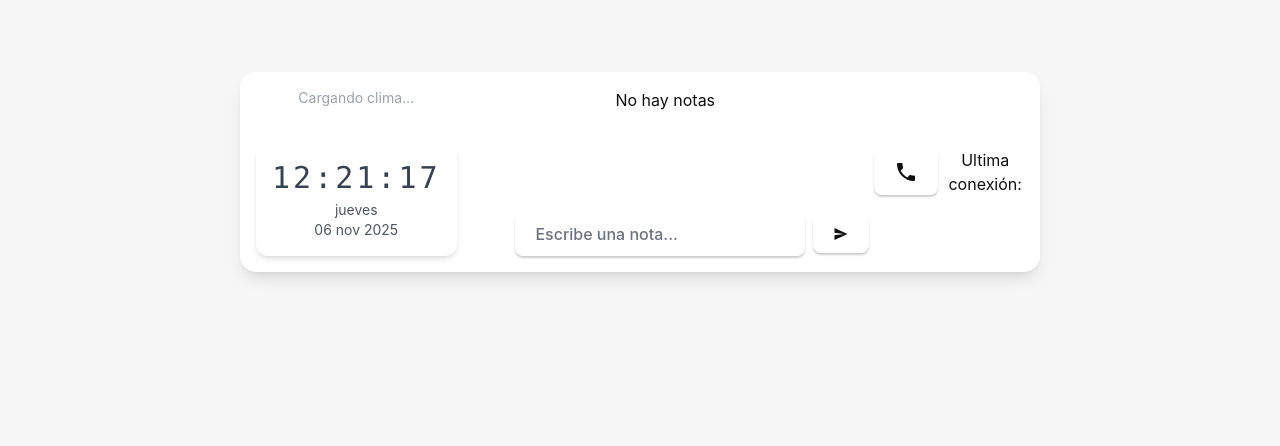
Repository: CodeByEvans/my-romantic-widget
Page: /
These files come from the project's save history. The page is drawn as it stood at one moment and after the next save; the edit follows.
The browser window is 1280 px wide. The pictures show the whole page.
The page's requests for data from a server got no answer. The project was rebuilt for these pictures with package versions that can differ from the ones it lists, and the page was loaded fresh each time. No one was signed in, and anything a server would have sent is missing. Also part of the build but not shown: vite.config.ts.

Above is the page before, as saved 2025-11-06 12:42:21.

### src/App.tsx
import "./App.css";
import CallButton from "./components/CallButton";
import { Clock } from "./components/Clock";
import { NoteInput } from "./components/NoteInput";
import { NotesList } from "./components/NotesList";
import { WeatherWidget } from "./components/WeatherWidget";

function App() {
  return (
    <main className="container mx-auto p-4">
      <section className="flex flex-row items-center justify-between gap-4 w-[800px] h-[200px] mx-auto bg-white bg-opacity-20 backdrop-blur-md rounded-2xl shadow-lg p-4">
        <div className="flex flex-col justify-between h-full">
          <WeatherWidget />
          <Clock />
        </div>

        <div className="flex flex-col justify-between h-full w-[300px]">
          <NotesList />
          <NoteInput />
        </div>

        <div className="flex flex-col justify-center items-center h-full w-[150px]">
          <CallButton />
        </div>
      </section>
    </main>
  );
}

export default App;

### src/App.css
@import "tailwindcss";

.logo.vite:hover {
  filter: drop-shadow(0 0 2em #747bff);
}

.logo.react:hover {
  filter: drop-shadow(0 0 2em #61dafb);
}
:root {
  font-family: Inter, Avenir, Helvetica, Arial, sans-serif;
  font-size: 16px;
  line-height: 24px;
  font-weight: 400;

  color: #0f0f0f;
  background-color: #f6f6f6;

  font-synthesis: none;
  text-rendering: optimizeLegibility;
  -webkit-font-smoothing: antialiased;
  -moz-osx-font-smoothing: grayscale;
  -webkit-text-size-adjust: 100%;
}

.container {
  margin: 0;
  padding-top: 10vh;
  display: flex;
  flex-direction: column;
  justify-content: center;
  text-align: center;
}

.logo {
  height: 6em;
  padding: 1.5em;
  will-change: filter;
  transition: 0.75s;
}

.logo.tauri:hover {
  filter: drop-shadow(0 0 2em #24c8db);
}

.row {
  display: flex;
  justify-content: center;
}

a {
  font-weight: 500;
  color: #646cff;
  text-decoration: inherit;
}

a:hover {
  color: #535bf2;
}

h1 {
  text-align: center;
}

input,
button {
  border-radius: 8px;
  border: 1px solid transparent;
  padding: 0.6em 1.2em;
  font-size: 1em;
  font-weight: 500;
  font-family: inherit;
  color: #0f0f0f;
  background-color: #ffffff;
  transition: border-color 0.25s;
  box-shadow: 0 2px 2px rgba(0, 0, 0, 0.2);
}

button {
  cursor: pointer;
}

button:hover {
  border-color: #396cd8;
}
button:active {
  border-color: #396cd8;
  background-color: #e8e8e8;
}

input,
button {
  outline: none;
}

#greet-input {
  margin-right: 5px;
}

@media (prefers-color-scheme: dark) {
  :root {
    color: #f6f6f6;
    background-color: #2f2f2f;
  }

  a:hover {
    color: #24c8db;
  }

  input,
  button {
    color: #ffffff;
    background-color: #0f0f0f98;
  }
  button:active {
    background-color: #0f0f0f69;
  }
}

### src/components/CallButton.tsx
import { IoMdCall } from "react-icons/io";

export const CallButton = () => {
  return (
    <div className="flex flex-raw items-center gap-2">
      <button className="p-2 bg-blue-500 rounded-full text-white hover:bg-blue-600">
        <IoMdCall size={24} />
      </button>
      <p>Ultima conexión: </p>
    </div>
  );
};

export default CallButton;

### src/components/Clock.tsx
import { useEffect, useState } from "react";

export const Clock = () => {
  const [time, setTime] = useState(new Date());

  useEffect(() => {
    const interval = setInterval(() => {
      setTime(new Date());
    }, 1000);

    return () => clearInterval(interval);
  }, []);

  const hours = time.getHours().toString().padStart(2, "0");
  const minutes = time.getMinutes().toString().padStart(2, "0");
  const seconds = time.getSeconds().toString().padStart(2, "0");

  const day = time.toLocaleDateString("es-ES", { weekday: "long" });
  const date = time.toLocaleDateString("es-ES", {
    day: "2-digit",
    month: "short",
    year: "numeric",
  });

  return (
    <div className="bg-white backdrop-blur-md rounded-xl shadow-md p-4 flex flex-col items-center justify-center min-w-[140px]">
      <p className="text-3xl font-mono tracking-widest text-gray-700">
        {hours}:{minutes}:{seconds}
      </p>
      <p className="text-sm text-gray-600 mt-1">{day}</p>
      <p className="text-sm text-gray-600">{date}</p>
    </div>
  );
};

### src/components/NoteInput.tsx
import { IoMdSend } from "react-icons/io";

export const NoteInput = () => {
  return (
    <form className="flex items-center gap-2 mt-2">
      <input
        type="text"
        placeholder="Escribe una nota..."
        className="flex-1 text-sm px-2 py-1 rounded-lg bg-white/20 text-gray-800 placeholder-gray-500 focus:outline-none"
      />
      <button
        type="submit"
        className="p-2 bg-blue-500 rounded-full text-white hover:bg-blue-600"
      >
        <IoMdSend size={16} />
      </button>
    </form>
  );
};

### src/components/NotesList.tsx
import { useRealTimeNotes } from "../hooks/useRealTimeNotes";

export const NotesList = () => {
  const notes = useRealTimeNotes();

  const sortedNotes = [...notes].sort(
    (a, b) =>
      new Date(b.created_at).getTime() - new Date(a.created_at).getTime()
  );

  const noteToShow = sortedNotes[0];

  if (!noteToShow) return <div>No hay notas</div>;

  return (
    <div className="flex flex-col gap-4  overflow-y-auto w-max min-w-[200px] max-w-md p-4 bg-white bg-opacity-30 backdrop-blur-md rounded-xl">
      <div>
        <div className="flex justify-between items-center mb-1">
          <h3 className="font-bold text-lg text-left text-gray-500">
            {noteToShow.from}
          </h3>
          <small className="text-xs text-right text-gray-400">
            {new Date(noteToShow.created_at).toLocaleString()}
          </small>
        </div>
        <p className="text-left text-gray-500">{noteToShow.message}</p>
      </div>
    </div>
  );
};

### src/components/WeatherWidget.tsx
import { useWeather } from "../hooks/useWeather";

export const WeatherWidget = () => {
  const { data, loading, errorWeather } = useWeather();

  if (errorWeather)
    return <div className="text-sm text-red-400">{errorWeather}</div>;
  if (loading || !data)
    return <div className="text-sm text-gray-400">Cargando clima...</div>;

  const [city, info] = Object.entries(data)[0] || [];
  const temp = Math.round(info.main.temp);

  return (
    <div className="flex flex-col items-center justify-center bg-blue-100 bg-opacity-40 backdrop-blur-md rounded-xl p-3 shadow-sm">
      <h2 className="text-sm font-semibold text-gray-700">{city}</h2>
      <p className="text-3xl font-bold text-gray-800">{temp}°C</p>
    </div>
  );
};

export default WeatherWidget;

### src/hooks/useRealTimeNotes.ts
import { useEffect, useState } from "react";
import z from "zod";
import { supabase } from "../services/supabaseClient";

const noteSchema = z.object({
  id: z.number(),
  from: z.string(),
  message: z.string(),
  created_at: z.string(),
});

type Note = z.infer<typeof noteSchema>;

export const useRealTimeNotes = () => {
  const [notes, setNotes] = useState<Note[]>([]);

  useEffect(() => {
    // Cargar notas iniciales
    supabase
      .from<"notes", Note>("notes")
      .select("*")
      .then(({ data, error }) => {
        if (data) {
          setNotes(data);
          console.log("Notas cargadas:", data);
        } else {
          console.error("Error fetching notes:", error);
        }
      });

    // Suscripción en tiempo real
    const channel = supabase
      .channel("public:notes")
      .on(
        "postgres_changes",
        { event: "*", schema: "public", table: "notes" },
        (payload) => {
          console.log("Cambio dettectado:", payload);

          if (payload.eventType === "INSERT") {
            const newNote = noteSchema.parse(payload.new);
            setNotes((prevNotes) => [...prevNotes, newNote]);
            console.log("Nota añadida:", newNote);
          } else if (payload.eventType === "UPDATE") {
            setNotes((prev) =>
              prev.map((note) =>
                note.id === payload.new.id
                  ? noteSchema.parse(payload.new)
                  : note
              )
            );
          } else if (payload.eventType === "DELETE") {
            setNotes((prev) =>
              prev.filter((note) => note.id !== payload.old.id)
            );
          }
        }
      )
      .subscribe();

    return () => {
      supabase.removeChannel(channel);
    };
  }, []);

  return notes;
};

### src/hooks/useWeather.ts
import { useEffect, useState } from "react";
import {
  getCityByCoordinates,
  getWeatherByCity,
} from "../services/weatherService";
import { WeatherData } from "../types/weather";
import { useGeolocation } from "./useGeolocation";

export const useWeather = () => {
  const { coords, error } = useGeolocation();
  const [data, setData] = useState<Record<string, WeatherData> | null>(null);
  const [loading, setLoading] = useState<boolean>(false);
  const [errorWeather, setErrorWeather] = useState<string | null>(null);

  useEffect(() => {
    if (error) setErrorWeather(error);
  }, [error]);

  useEffect(() => {
    if (!coords) return;

    const fetchWeather = async () => {
      setLoading(true);
      try {
        const city = await getCityByCoordinates(
          coords.latitude,
          coords.longitude
        );
        const weather = await getWeatherByCity(city[0].name);
        setData({ [city[0].name]: weather });
      } catch (error) {
        console.error(error);
      } finally {
        setLoading(false);
      }
    };

    fetchWeather();
  }, [coords]);

  return { data, loading, errorWeather };
};

### src/services/supabaseClient.ts
import { createClient } from "@supabase/supabase-js";
import { envs } from "../config/envs";

export const supabase = createClient(envs.supabaseUrl, envs.supabaseAnonKey, {
  realtime: {
    params: {
      eventsPerSecond: 10,
    },
  },
});

### src/services/weatherService.ts
import { envs } from "../config/envs";

export const getWeatherByCity = async (city: string) => {
  const response = await fetch(
    `https://api.openweathermap.org/data/2.5/weather?q=${city}&appid=${envs.openWeatherApiKey}&units=metric`
  );

  if (!response.ok) {
    throw new Error("No se pudo obtener el clima");
  }
  return response.json();
};

export const getCityByCoordinates = async (lat: number, lon: number) => {
  const response = await fetch(
    `https://api.openweathermap.org/geo/1.0/reverse?lat=${lat}&lon=${lon}&limit=1&appid=${envs.openWeatherApiKey}`
  );

  if (!response.ok) {
    throw new Error("No se pudo obtener la ciudad");
  }

  return response.json();
};

### src/hooks/useGeolocation.ts
import { useEffect, useState } from "react";

export const useGeolocation = () => {
  const [coords, setCoords] = useState<{
    latitude: number;
    longitude: number;
  } | null>(null);
  const [error, setError] = useState<string | null>(null);

  useEffect(() => {
    if (!navigator.geolocation) {
      setError("Geolocalización no soportada por el navegador");
      return;
    }

    navigator.geolocation.getCurrentPosition(
      (position) => {
        setCoords({
          latitude: position.coords.latitude,
          longitude: position.coords.longitude,
        });
      },
      (err) => {
        setError(`Error obteniendo la geolocalización: ${err.message}`);
      }
    );
  }, []);

  return { coords, error };
};

### src/config/envs.ts
import * as z from "zod";

const envSchema = z.object({
  VITE_SUPABASE_URL: z.string().url(),
  VITE_SUPABASE_ANON_KEY: z.string().min(1),
  VITE_OPEN_WEATHER_API_KEY: z.string().min(1),
});

const parsed = envSchema.parse(import.meta.env);

export const envs = {
  supabaseUrl: parsed.VITE_SUPABASE_URL,
  supabaseAnonKey: parsed.VITE_SUPABASE_ANON_KEY,
  openWeatherApiKey: parsed.VITE_OPEN_WEATHER_API_KEY,
};

Loaded but not shown: index.html (common file); src/main.tsx (common file)

After the next save:
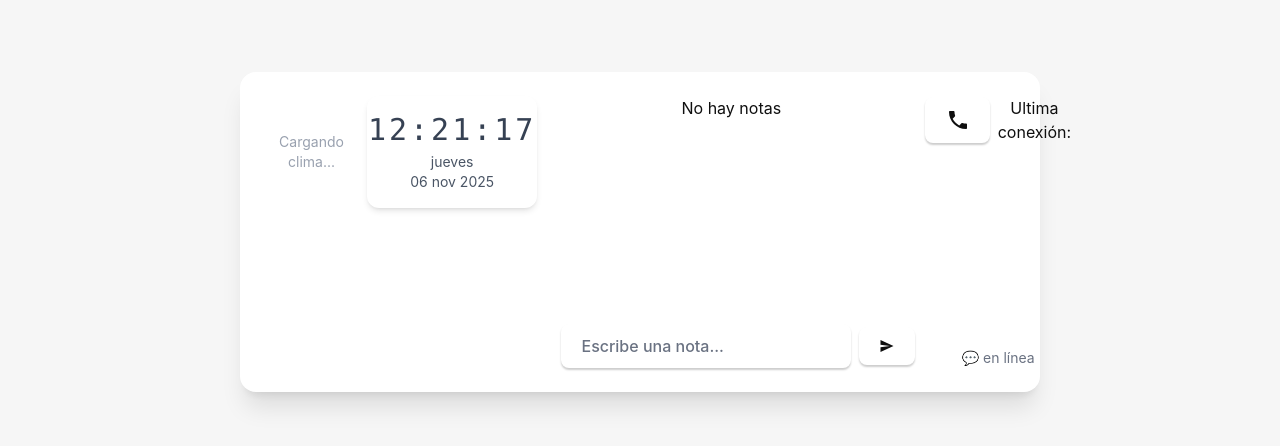
Saved 27 s later.
--- a/src/App.tsx
+++ b/src/App.tsx
@@ -8,19 +8,22 @@
 function App() {
   return (
     <main className="container mx-auto p-4">
-      <section className="flex flex-row items-center justify-between gap-4 w-[800px] h-[200px] mx-auto bg-white bg-opacity-20 backdrop-blur-md rounded-2xl shadow-lg p-4">
-        <div className="flex flex-col justify-between h-full">
-          <WeatherWidget />
-          <Clock />
+      <section className="flex flex-row justify-between gap-6 w-[800px] h-[320px] mx-auto bg-white bg-opacity-30 backdrop-blur-md rounded-2xl shadow-xl p-6">
+        <div className="flex flex-col justify-between">
+          <div className="flex flex-row gap-2 items-center">
+            <WeatherWidget />
+            <Clock />
+          </div>
         </div>
 
-        <div className="flex flex-col justify-between h-full w-[300px]">
+        <div className="flex flex-col justify-between w-[340px]">
           <NotesList />
           <NoteInput />
         </div>
 
-        <div className="flex flex-col justify-center items-center h-full w-[150px]">
+        <div className="flex flex-col justify-between items-center">
           <CallButton />
+          <div className="text-sm text-gray-500 mt-2">💬 en línea</div>
         </div>
       </section>
     </main>

After the save that followed:
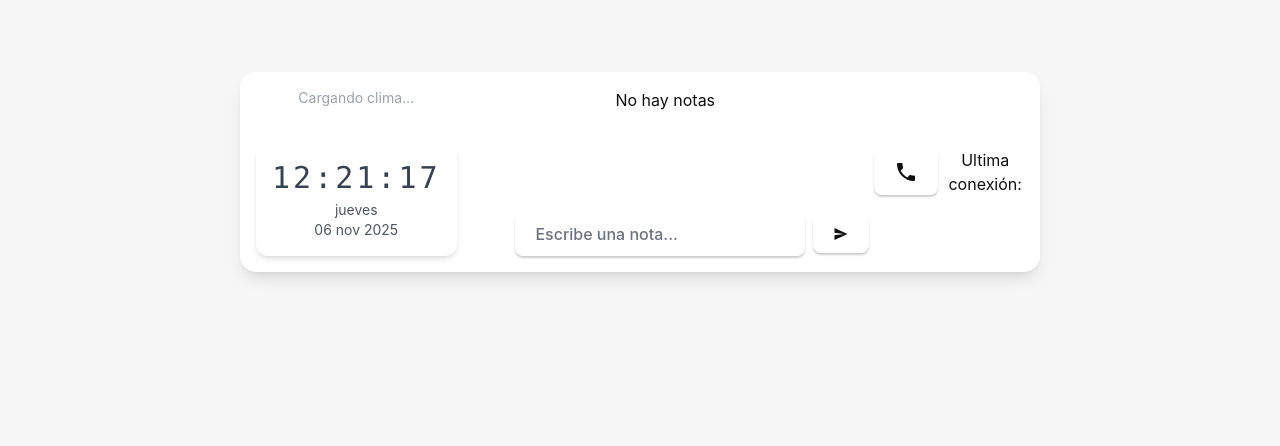
Saved 9 s later.
--- a/src/App.tsx
+++ b/src/App.tsx
@@ -8,22 +8,19 @@
 function App() {
   return (
     <main className="container mx-auto p-4">
-      <section className="flex flex-row justify-between gap-6 w-[800px] h-[320px] mx-auto bg-white bg-opacity-30 backdrop-blur-md rounded-2xl shadow-xl p-6">
-        <div className="flex flex-col justify-between">
-          <div className="flex flex-row gap-2 items-center">
-            <WeatherWidget />
-            <Clock />
-          </div>
+      <section className="flex flex-row items-center justify-between gap-4 w-[800px] h-[200px] mx-auto bg-white bg-opacity-20 backdrop-blur-md rounded-2xl shadow-lg p-4">
+        <div className="flex flex-col justify-between h-full">
+          <WeatherWidget />
+          <Clock />
         </div>
 
-        <div className="flex flex-col justify-between w-[340px]">
+        <div className="flex flex-col justify-between h-full w-[300px]">
           <NotesList />
           <NoteInput />
         </div>
 
-        <div className="flex flex-col justify-between items-center">
+        <div className="flex flex-col justify-center items-center h-full w-[150px]">
           <CallButton />
-          <div className="text-sm text-gray-500 mt-2">💬 en línea</div>
         </div>
       </section>
     </main>
